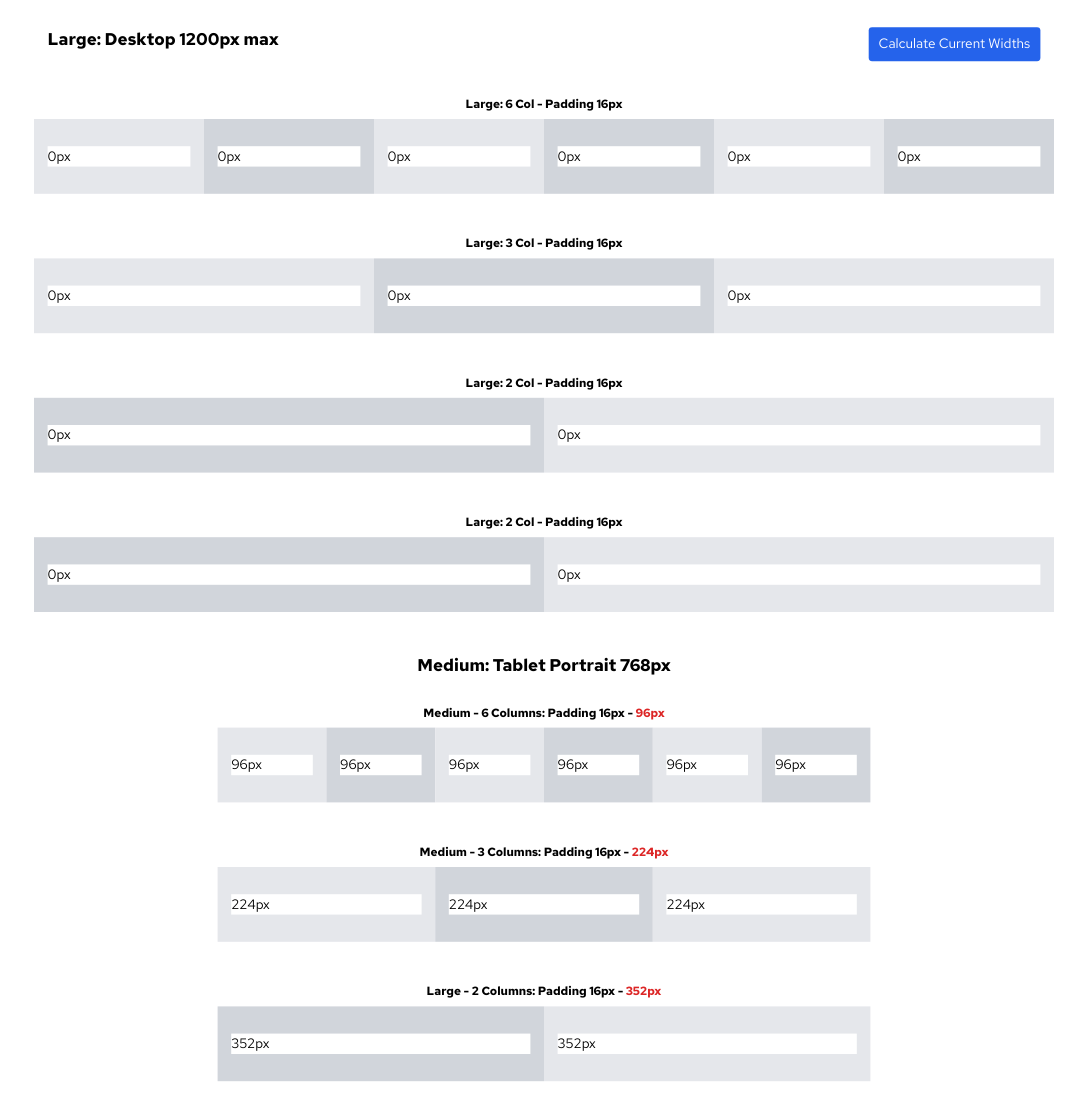
Repository: fabianwurk/vue-tailwind
Page: /
The author's editor kept a copy of each file at every save. The page is drawn from the files as they stood at one save, then again after the next save.
The browser window is 1280 px wide. The pictures show the whole page, at 85% of full size.
The project was rebuilt for these pictures with package versions that can differ from the ones it lists, and the page was loaded fresh each time. Also part of the build but not shown: vite.config.js.

Above is the page before, as saved 2021-03-16 22:18:10.

After the next save:
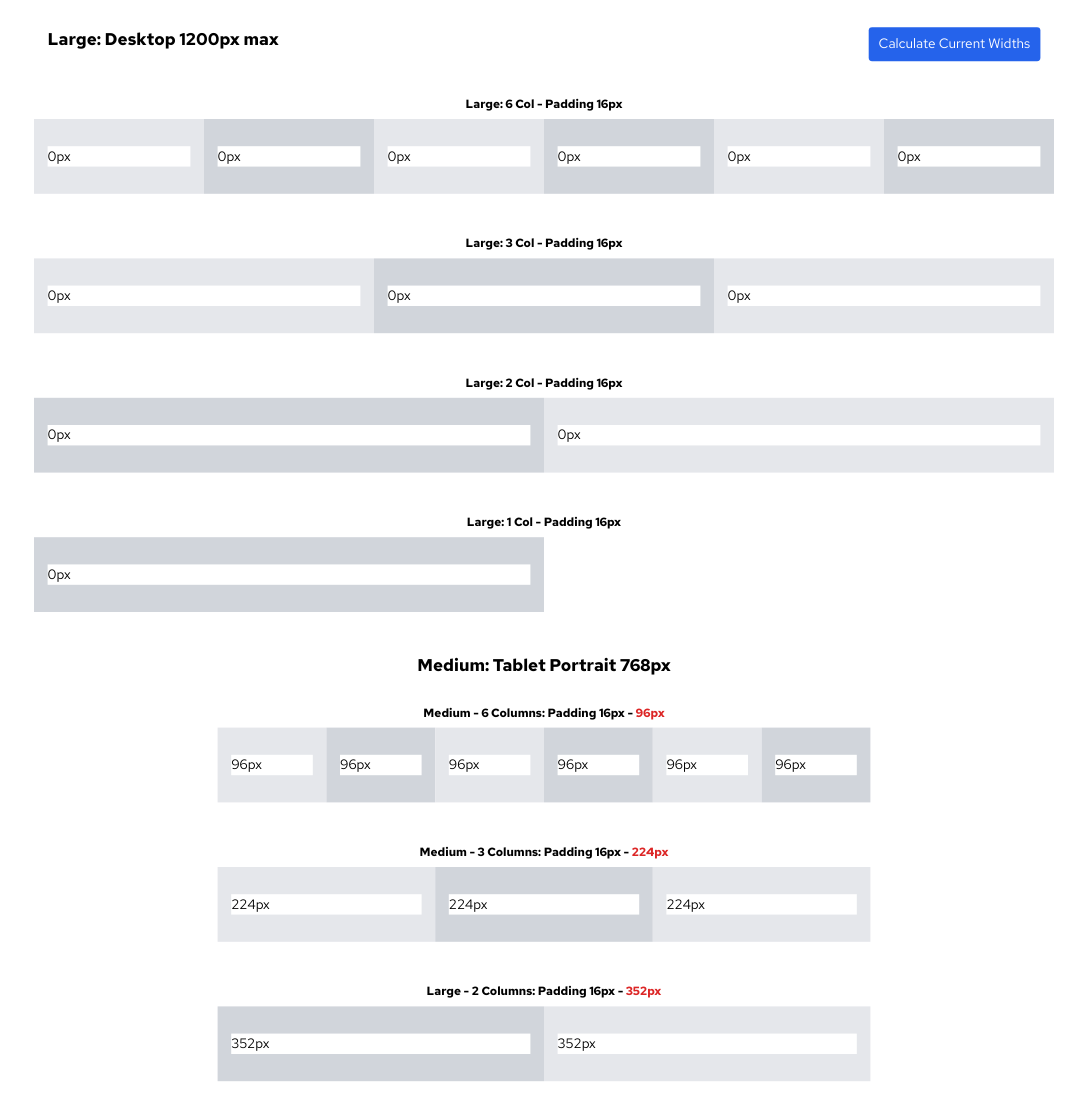
Saved 38 s later.
--- a/src/components/Large.vue
+++ b/src/components/Large.vue
@@ -60,12 +60,9 @@
     </div>
 
     <div class="container mx-auto">
-      <h2 class="text-sm font-bold mb-2 mt-8 text-center">Large: 2 Col - Padding 16px</h2>
+      <h2 class="text-sm font-bold mb-2 mt-8 text-center">Large: 1 Col - Padding 16px</h2>
       <div class="flex items-center">
         <div class="w-1/2 bg-gray-300 mb-4 mt-0 py-8 px-4">
-          <span class="bg-white w-full block" ref="app2">{{width2}}px</span>
-        </div>
-        <div class="w-1/2 bg-gray-200 mb-4 mt-0 py-8 px-4">
           <span class="bg-white w-full block" ref="app2">{{width2}}px</span>
         </div>
       </div>
